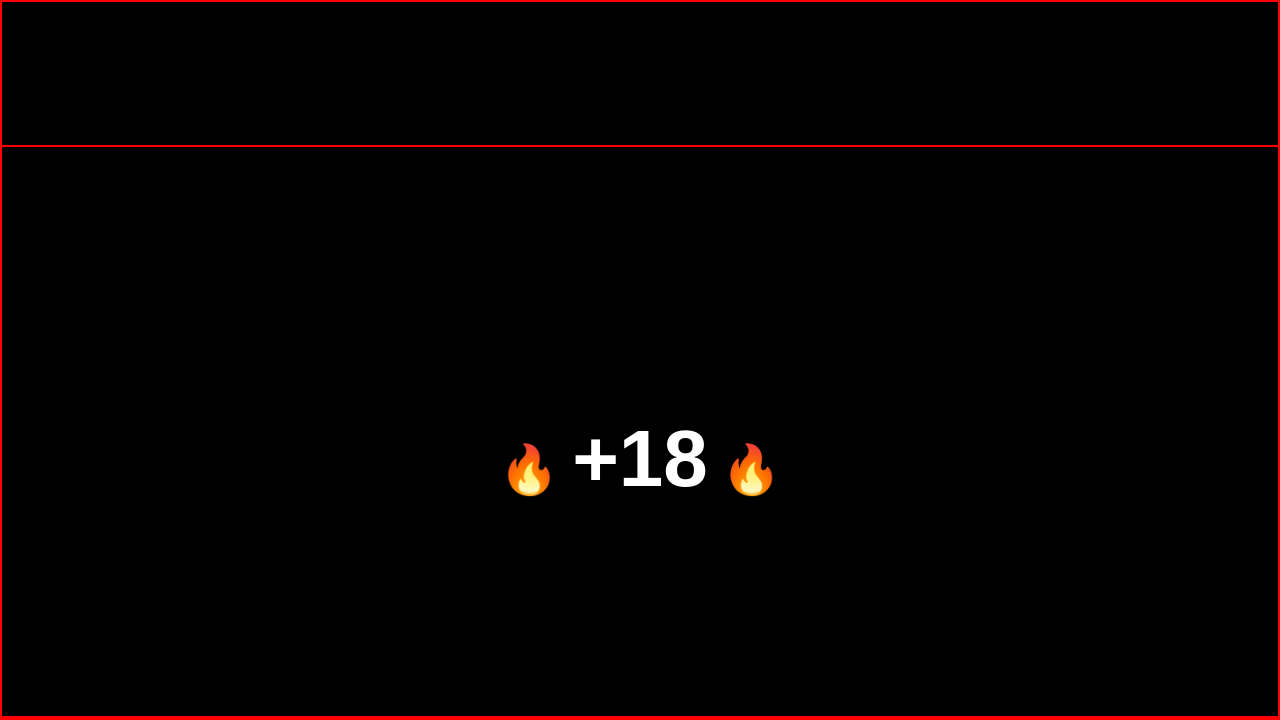
Repository: odiloalmeida/inever
Page: index.html
An editor plug-in stored every save of this project. The page is shown before and after a run of saves, followed by the edit.
The browser window is 1280 px wide. The pictures show the whole page.

Above is the page before, as saved 2023-01-31 22:27:32.

### index.html
<!DOCTYPE html>
<html lang="en">
<head>
    <meta charset="UTF-8">
    <meta http-equiv="X-UA-Compatible" content="IE=edge">
    <meta name="viewport" content="width=device-width, initial-scale=1.0">
    <link rel="icon" type="image/svg+xml" href="https://cdn-icons-png.flaticon.com/512/5181/5181956.png" />
    <link rel="stylesheet" href="./style.css">
    <title>18+ I Never</title>

</head>

<body>
    <div>
        <h1>EU NUNCA</h1>
    </div>
    <button id="myButton" onclick="changeButtonName()">
        <br>
        <span3>&#128293</span3>
        <span2>+18</span2>
        <span3>&#128293</span3>
    </button>
</body>

<script>

    function changeButtonName() {
        var button = document.getElementById("myButton");

        var names = ["Beijei alguém dessa turma",
        "Senti atração por alguém dessa turma",
        "Tomei banho pelado na praia/piscina",
        "Fiquei com um professor",
        "Fiquei com um amigo e me arrependi",
        "Fiquei com um amigo e não disse pra ninguém",
        "Menti sobre ter ficado com uma pessoa",
        "Bebi tanto que beijei alguém que não queria",
        "Bebi tanto que esqueci tudo no outro dia",
        "Vi um nudes de alguém dessa turma",
        "Desejei o namorado(a) de um amigo",
        "Fiquei com alguém por interesse",
        "Acelerei o ato sexual por que o oral estava ruim",
        "Bebi pra ter coragem de chegar numa pessoa",
        "Transei na escola ou faculdade",
        "Transei no chão",
        "Fiz sexo oral enquanto a pessoa trabalhava",
        "Fiz sexo oral enquanto a pessoa dirigia",
        "Usei fantasias sexuais",
        "Usei plug anal",
        "Usei um vibrador",
        "Fiquei com alguém depois neguei pra todo mundo",
        "Disse pra uma pessoa que a amava sem amar",
        "Transei no carro",
        "Broxei no meio do ato sexual",
        "Desisti de ficar com uma pessoa por que ela estava fedendo",
        "Fui chupar e estava fedendo muito e desisti",
        "Me masturbei depois do ato sexual por que não conseguir “chegar lá” com o parceiro",
        "Fiquei com dois amigos ao mesmo tempo sem eles saberem",
        "Parei o ato sexual para ir fazer xixi",
        "Fiz a chuca",
        "Transei na rua",
        "Paguei por sexo",
        "Fiz sexo por dinheiro",
        "Dei um beijo triplo",
        "Voltaria com um ex",
        "Fiquei com uma pessoa em um lugar e logo em seguida fui para outro lugar ficar com outra",
        "Tirei fotos pelado(a)",
        "Fiquei com alguém para fazer ciúme a outro",
        "Sofri por amor",
        "Sofri por ficante",
        "Espiei alguém tomando banho",
        "Tomei banho com alguém",
        "Enfiei o dedo no orifício de alguém (kkkk)",
        "Eu nunca fiquei com um amigo do meu amigo eme arrependi",
        "Eu nunca tive uma DST",
        "Eu já desejei a mãe de um amigo",
        "Eu já desejei o pai de um amigo",
        "Já beixei alguém do mesmo sexo",
        "Já deixei chuparem minha porta dos fundos",
        "Já questionei a minha sexualidade",
        "Já fiz goldenshower",
        "Já desisti do sexo quando vi o tamanho do instrumento",
        "Fumei um",
        "Cheirei cocaina",
        "Usei LSD",
        "Passei comida no parceiro",
        "Troquei o nome da pessoa na hora H",
        "Fiquei com uma pensando em outra",
        "Fatei aula pra ficar com alguém",
        "Menti nesse jogo",
        "Disse que estava doente para nao transar",
        "Fiquei com professor",
        "Fiquei com alguém por gratidão",
        "Tive tara em mãos",
        "Tive tara em pés",
        "Tive tara em ruivas",
        "Fui amordaçado",
        "Fui algemado",
        "Fui chicoteado",
        "Bati de mais em alguém na hora H e fiquei com medo",
        "Vomitei na hora H",
        "Fiz sexo na praia",
        "Fiz sexo na moto",
        "Fiz sexo na bicicleta",
        "Chupei outro por tabela",
        "Fiz oral em um e depois beijei a boca de outro",
        "Transei com 2 ao mesmo tempo",
        "Transei com mais de 3 ao mesmo tempo",
        "Ja fiquei com duas pessoas do mesmo sexo, ao mesmo tempo",
        "Cherei loló",
        "Fumei cigarro",
        "Tive como alcoólico",
        "Tive amnésia alcoólica",
        "Dormi bebado no chão",
        "Mijei em mim, estando bebado",
        "Vomitei em mim, estando bebado",
        "Beijei alguém que eu odiava",
        "Fiquei com um Ex antigo e me arrependi (Foi horrível)",
        "Tive flashback com mais de um EX",
        "Tive um PA",
        "Fiquei com um(a) PM",
        "Subi numa mesa bebado",
        "Fiquei com alguém da boca podre",
        "Já caguei o pau (literalmente)",
        "Já cai de bicicleta",
        "Quebrei um osso (Beba uma dose por osso)",
        "Já talariquei mulher de amigo (Uma dose por mulher)",
        "Já talariquei marido de amiga (Uma dose por homem)",
        "Já beijei um mendigo",
        "Já fiz dentro do mar",
        "Ja fiz dentro do tanque",
        "Pedi alguém em casamento",
        "Já me juntei com conjugue",
        "Já fui CORNO(A)",
        "Atirei com arma de fogo",
        "Dê uma pausa de 15min, para não embriagar",
        "Durei menos de 2 min no sexo",
        "Fiz gosar em menos de 2min",
        "Pensei em me prostituir",
        "Tomei remédio TARJA PRETA",
        "Quando de maior, senti atração por 15-",
        "Dormi sujo",
        "Passei o dia sem tomar banho",
        "Passei dois dias sem tomar banho",
        "Passei mais de 36h acordado",
        "Levei pão de manhã para casa, após o rolê",
        "Bebi mais de 2L em uma noite",
        "Desejei minha cunhada",
        "Transei com alguém na escada",
        "Já botei atrás  depois na frente",
        "Cai da arvore",
        "Me feri gravemente",
        "Imaginei alguém dessa turma pelado",
        "Usei camisinha com sabores",
        "Limbei a bunda e olhei o papel higienico",
        "Transei no cinema",
        "Flertei com o garçom",
        "Beijei um primo(a)",
        "Transei com um primo(a)",
        "Sonhei que estava pelado em público",
        "Transei na chuva",
        "Dormir de conchinha na chuva",
        "Fiz punheta / siririca coletiva",
        "Me masturbei pensando em alguém da roda",
        "Vi nude de alguém da roda",
        "Enviei nude errado",
        "Peguei alguém no elevador",
        "Falei que o sexo foi bom, quando na verdade foi uma merda",
        "Gosei dentro com camisinha",
        "Conversando com o penis do meu namorado",
        "Fiz espanhola",
        "Transei com alguém que participou desse jogo agora",
        "Transei com um médico",
        "Transei com um entregador",
        "Transei com enfermeiro(a)",
        "Transei com Advogado(a)",
        "Transei com Fisioterapeuta",
        "Transei com agente de saúde",
        "Transei com personal trainer",
        "Fiz sexo rapido para dormir logo",
        "Transei numa contrução",
        "Transei numa casa abandonada",
        "Transei na rede",
        "Transei na cadeira",
        "Transei no sofá",
        "Transei em local público",
        "Tive sonhos eróticos com alguém dessa roda",
        "Fui em um motel e não transei",
        "Criei passarinho",
        "Chupei alguém com algum amigo vendo",
        "Fui voyeur",
        "Transei num posto de saúde",
        "Transei no quintal de casa",
        "Transei no telhado",
        "Terminei com uma pessoa por mensagem",
        "Terminaram comigo por mensagem",
        "Fiz Topless na praia",
        "Usei gelo na cama",
        "Usei halls na cama",
        "Sai sem calcinha para provocar alguém",
        "Malhei sem calcinha",
        "Fingi prazer",
        "Fingi simpatia para conquistar uma pessoa",
        "Fiz cosplay de rico",
        "Banquei a coitadinha para ganhar algo em troca",
        "Sai sem pagar a conta",
        "Levei o copo de um bar",
        "Caguei num banheiro quimico",
        "Dirigi bebado",
        "Ouvi alguém transando",
        "Fui pego me masturbando",
        "Fui pego na hora H pelos meus familiares ou amigos",
        "Transei assistindo porno",
        "Tive ressaca moral",
        "Chorei enquanto transava",
        "Pedi parar porque estava doendo",
        "Enforqueia até quase desmaiar",
        "Transei em uma banheira",
        "Beijei a pessoa querendo a do lado",
        "Beijei um feio(a)",
        "Beijei um(a) 10/10",
        "Nunca chupei dois ao mesmo tempo",
        "Matei aula para fumar um",
        "Matei aula para transar",
        "Quebrei uma cama enquanto transava",
        "Cai da cama enquanto transava",
        "Fiquei orgulhoso do meu desempenho",
        "Fiquei triste com meu desempenho",
        "Tentaram arrancar minh lingua",
        "Já beijei um desesperado, que quase me engole",
        "Bebi do copo de um estranho e tinha droga"




        ];

        var randomName = names[Math.floor(Math.random() * names.length)];
        button.innerHTML = randomName;
    }

</script>

</html>

### style.css
* {
    padding: 0;
    margin: 0;
    box-sizing: border-box;
}

body {
    width: 100vw;
    height: 100vh;
    background-color: #000;
    display: flex;
    flex-direction: column;
    align-items: center;
    justify-content: center;
    border: red 2px solid;
}

div {
    width: 100%;
    height: 20vh;
}

button {
    background-color: transparent;
    height: 80vh;
    width: 100vw;
    border: red 2px solid;
    font-weight: bold;
    font-size: 3rem;
    padding: 5px;
    color: #f1f1f1;
}

button span {
    background-image: linear-gradient(to bottom,#800000,#8B0000, red, yellow);
    background-clip: text;
    -webkit-background-clip: text;
    -webkit-text-fill-color: transparent;
    color: black;
    font-size: 3.3rem;
    font-weight: 900;
}

button span2 {
    color: #fff;
    font-size: 5rem;
}

After the next 2 saves:
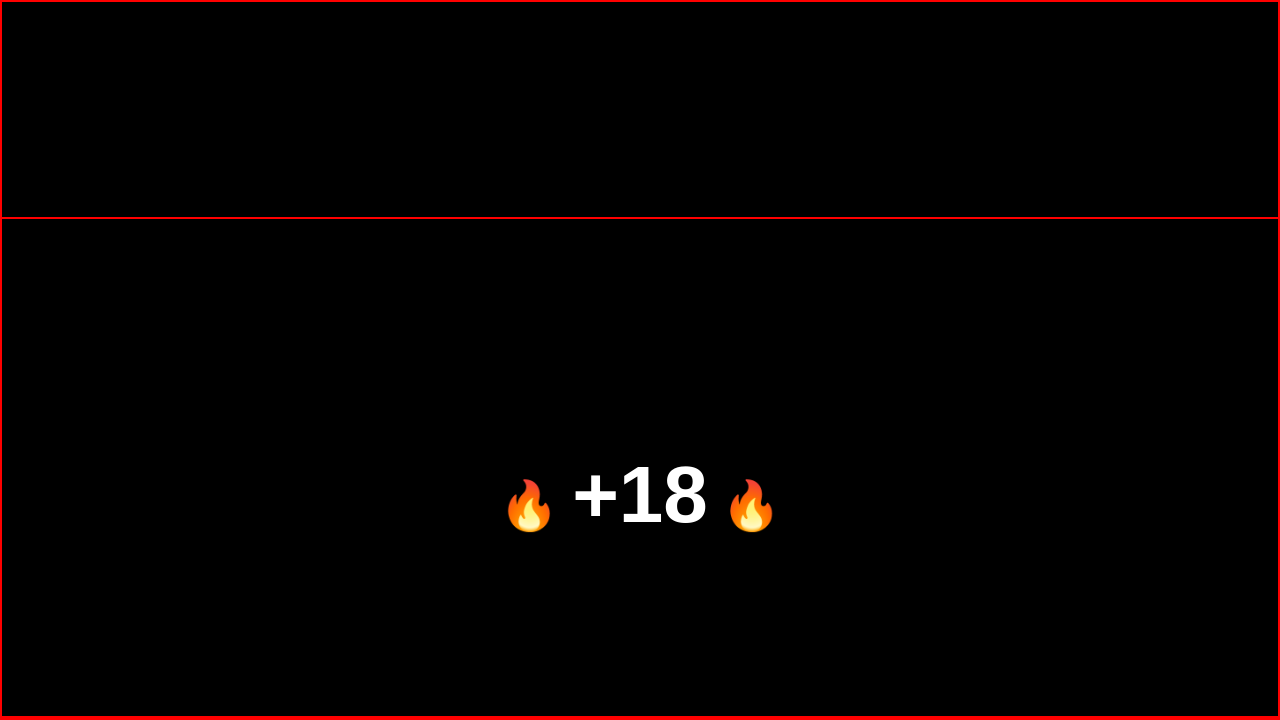
The 2 saves are shown as one change because they came seconds apart.
The last was saved 12 s later.
--- a/style.css
+++ b/style.css
@@ -17,12 +17,12 @@ body {
 
 div {
     width: 100%;
-    height: 20vh;
+    height: 30vh;
 }
 
 button {
     background-color: transparent;
-    height: 80vh;
+    height: 70vh;
     width: 100vw;
     border: red 2px solid;
     font-weight: bold;
